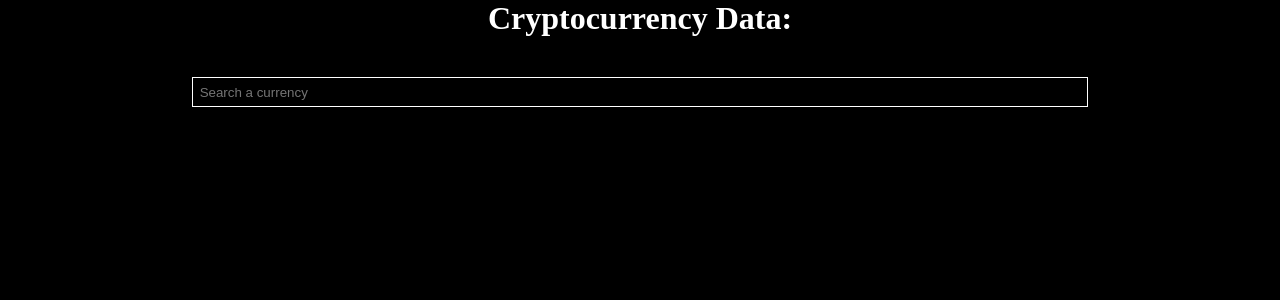
Repository: alejandroacd/cryptocurrency-market
Page: /
An editor plug-in stored every save of this project. The page is shown before and after the next save, followed by the edit.
The browser window is 1280 px wide. The pictures show the whole page.
The page's requests for data from a server got no answer. The project was rebuilt for these pictures with package versions that can differ from the ones it lists, and the page was loaded fresh each time. No one was signed in, and anything a server would have sent is missing. Also part of the build but not shown: src/Currency.js.

Above is the page before, as saved 2021-07-17 13:55:24.

### src/App.js
import Axios from 'axios';
import React, {useEffect, useState}  from 'react'
import './App.css';
import Currency from './Currency';


function App() {
  const [values,setValue] = useState([]);
  const [search,setSearch] = useState('')


  useEffect(() => {
    Axios.get('https://api.coingecko.com/api/v3/coins/markets?vs_currency=usd&order=market_cap_desc&per_page=100&page=1&sparkline=false')
    .then(resp => {
      setValue(resp.data)
    })
    .catch(err => {
      console.log(err)
    })
  }, [])

  const handleChange = (e) => {
    setSearch(e.target.value)
  }

  const finalValues = values.filter(value => value.name.toLowerCase().includes(search.toLowerCase()))


  return (
    <div className="App">
      <h1>Cryptocurrency Data:</h1>
      <div className='input-container'>
        <form>
          <input className='crypto_name' placeholder="Search a currency" type="text" onChange={handleChange}></input>
        </form>
      </div>
      {finalValues.map(value => {
        return (
          <Currency
          key={value.id}
          cryptoName={value.name}
          image={value.image}
          price={value.current_price}
          symbol={value.symbol}
          volume={value.market_cap}
          priceChange={value.price_change_percentage_24h}
          marketcap={value.total_volume}
           />
        )
      })}

    </div>
  );
}

export default App;

### src/App.css
* {
  box-sizing: border-box;
  margin: 0;
  padding: 0;
  background-color: black;
  color:white;
}


.App {
  text-align: center;
}

.input-container form input {
  margin:3em;
  border: 1px solid white;
}

### src/Currency.css
.currency_container {
    display:flex;
    justify-content: space-between;
    flex-direction: row;
    justify-items: start;
    height: 80px;
    align-items: center;
    border-bottom: 1px solid black;
    width: 85%;
    margin: 0 auto;
}

.currency {
    display:flex;
    align-items: center;
    justify-content: space-between;
    width: 25%;

}

.currency img {
    height: 30px;
    width: 30px;
}

.currency_data {
    display:flex;
    flex-direction: row;
    width: 75%;
    justify-content: space-around;
    align-items: center;
}

.currency h1 {
    font-size:1em;
}

.currency_price {
    width: 110px;
}

.currency_volume {
    width: 155px;
}

.currency_marketcap {
    width: 230px;
    font-weight: bold;
}

.currency_symbol {
    width: 50px;
}
.crypto_name {
    padding: 0.5em;
    margin: 0 auto;
    width: 70%;
}
.red {
    color:#CD113B;
}

.green {
    color:#66DE93;
}

@media only screen and (max-width: 600px) {

}

Loaded but not shown: public/index.html (common file); src/index.js (common file)

After the next save:
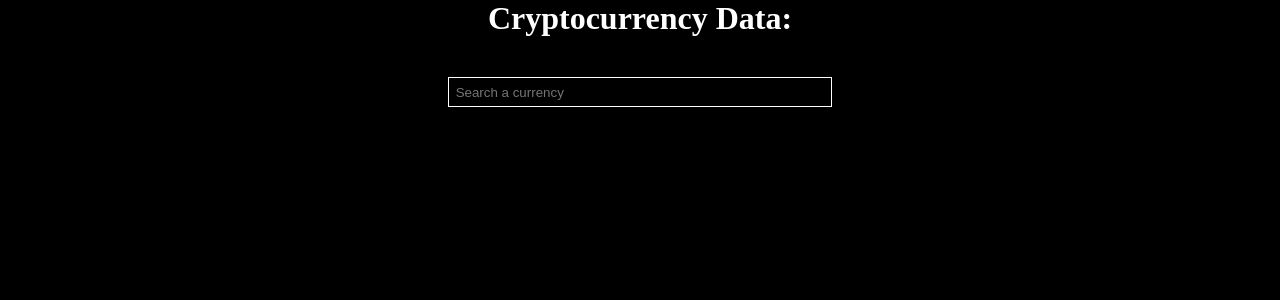
Saved 7 s later.
--- a/src/Currency.css
+++ b/src/Currency.css
@@ -54,7 +54,7 @@
 .crypto_name {
     padding: 0.5em;
     margin: 0 auto;
-    width: 70%;
+    width: 30%;
 }
 .red {
     color:#CD113B;
